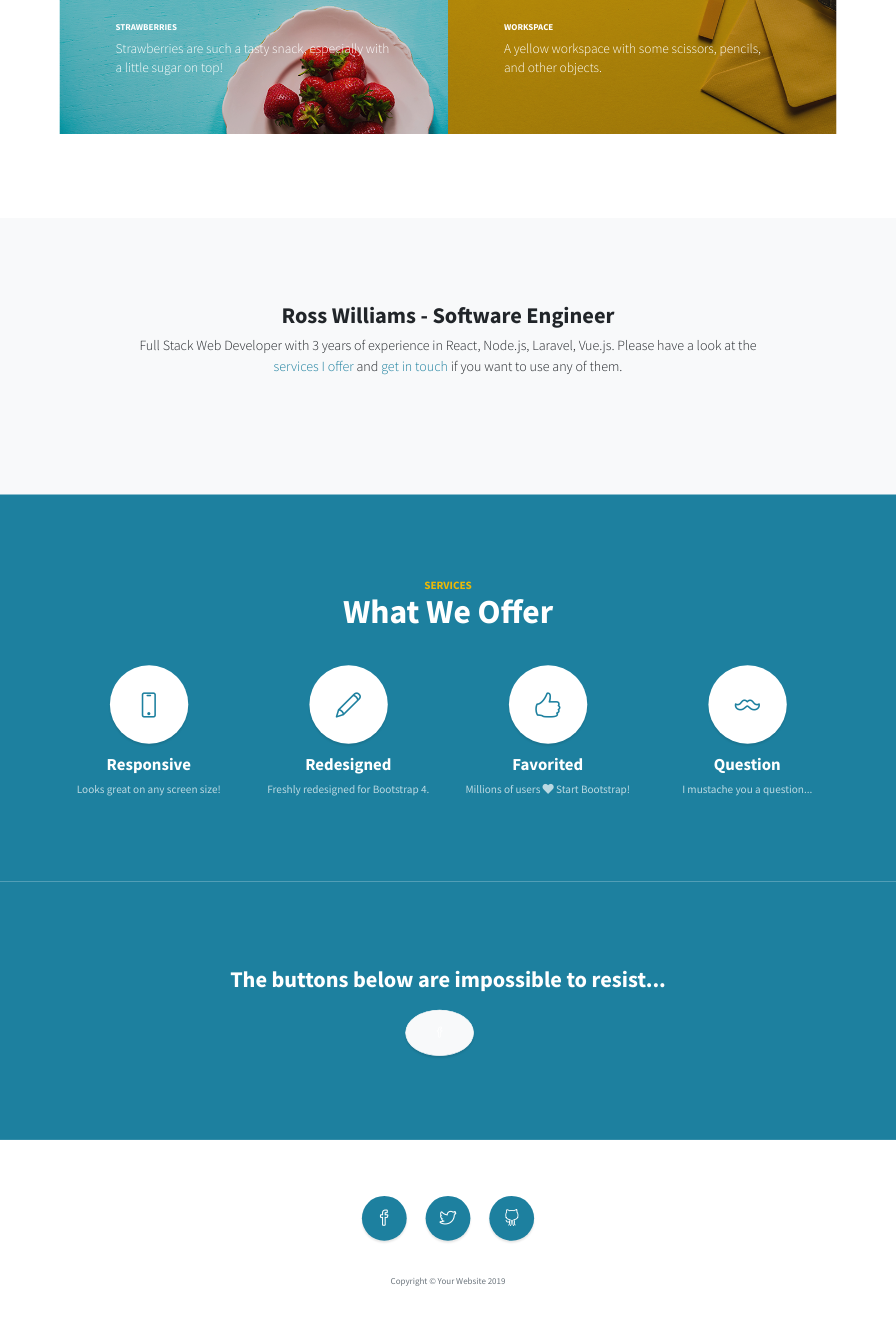
Repository: Williams94/Williams94.github.io
Page: index.html
An editor plug-in stored every save of this project. The page is shown before and after the next save, followed by the edit.
The browser window is 1280 px wide. The pictures show the part of the page from y = 1568 to 3488 px (the page is 3488 px tall), at 70% of full size.
A picture or video elsewhere on the page could not be fetched, so the positions and the page height are approximate.

Above is the page before, as saved 2019-07-06 13:47:02.

### index.html
<!DOCTYPE html>
<html lang="en">

<head>

  <meta charset="utf-8">
  <meta name="viewport" content="width=device-width, initial-scale=1, shrink-to-fit=no">
  <meta name="description" content="">
  <meta name="author" content="">

  <title>Stylish Portfolio - Start Bootstrap Template</title>

  <!-- Bootstrap Core CSS -->
  <link href="vendor/bootstrap/css/bootstrap.min.css" rel="stylesheet">

  <!-- Custom Fonts -->
  <link href="vendor/fontawesome-free/css/all.min.css" rel="stylesheet" type="text/css">
  <link href="https://fonts.googleapis.com/css?family=Source+Sans+Pro:300,400,700,300italic,400italic,700italic"
    rel="stylesheet" type="text/css">
  <link href="vendor/simple-line-icons/css/simple-line-icons.css" rel="stylesheet">

  <!-- Custom CSS -->
  <link href="css/stylish-portfolio.css" rel="stylesheet">
  <!-- <link href="css/new-age.min.css" rel="stylesheet"> -->

</head>

<body id="page-top">

  <!-- Navigation -->
  <nav class="navbar navbar-expand-lg navbar-light fixed-top" id="mainNav">
    <div class="container">
      <a class="navbar-brand js-scroll-trigger" href="#page-top">Ross Williams</a>
      <button class="navbar-toggler navbar-toggler-right" type="button" data-toggle="collapse"
        data-target="#navbarResponsive" aria-controls="navbarResponsive" aria-expanded="false"
        aria-label="Toggle navigation">
        Menu
        <i class="fas fa-bars"></i>
      </button>
      <div class="collapse navbar-collapse" id="navbarResponsive">
        <ul class="navbar-nav ml-auto">
          <li class="nav-item">
            <a class="nav-link js-scroll-trigger" href="#about">About</a>
          </li>
          <li class="nav-item">
            <a class="nav-link js-scroll-trigger" href="#portfolio">Portfolio</a>
          </li>
          <li class="nav-item">
            <a class="nav-link js-scroll-trigger" href="#services">Services</a>
          </li>
          <li class="nav-item">
            <a class="nav-link js-scroll-trigger" href="#contact">Contact</a>
          </li>
        </ul>
      </div>
    </div>
  </nav>

  <!-- Header -->
  <header class="masthead">
    <div class="container h-100">
      <div class="row h-100">
        <div class="col-lg-7 my-auto">
          <div class="header-content mx-auto">
            <h1 class="mb-5">Welcome, please take a look at my previous projects and the services I offer.</h1>
          </div>
        </div>
        <div class="col-lg-5 my-auto">
          <div class="device-container">
            <div class="device-mockup iphone6_plus portrait white">
              <div class="device">
                <div class="screen">
                  <!-- Demo image for screen mockup, you can put an image here, some HTML, an animation, video, or anything else! -->
                  <img src="img/demo-screen-1.jpg" class="img-fluid" alt="">
                </div>
                <div class="button">
                  <!-- You can hook the "home button" to some JavaScript events or just remove it -->
                </div>
              </div>
            </div>
          </div>
        </div>
      </div>
    </div>
  </header>

  <!-- Portfolio -->
  <section class="content-section" id="portfolio">
    <div class="container">
      <div class="content-section-heading text-center">
        <h3 class="text-secondary mb-0">Portfolio</h3>
        <h2 class="mb-5">Recent Projects</h2>
      </div>
      <div class="row no-gutters">
        <div class="col-lg-6">
          <a class="portfolio-item" href="#">
            <span class="caption">
              <span class="caption-content">
                <h2>Stationary</h2>
                <p class="mb-0">A yellow pencil with envelopes on a clean, blue backdrop!</p>
              </span>
            </span>
            <img class="img-fluid" src="img/portfolio-1.jpg" alt="">
          </a>
        </div>
        <div class="col-lg-6">
          <a class="portfolio-item" href="#">
            <span class="caption">
              <span class="caption-content">
                <h2>Ice Cream</h2>
                <p class="mb-0">A dark blue background with a colored pencil, a clip, and a tiny ice cream cone!</p>
              </span>
            </span>
            <img class="img-fluid" src="img/portfolio-2.jpg" alt="">
          </a>
        </div>
        <div class="col-lg-6">
          <a class="portfolio-item" href="#">
            <span class="caption">
              <span class="caption-content">
                <h2>Strawberries</h2>
                <p class="mb-0">Strawberries are such a tasty snack, especially with a little sugar on top!</p>
              </span>
            </span>
            <img class="img-fluid" src="img/portfolio-3.jpg" alt="">
          </a>
        </div>
        <div class="col-lg-6">
          <a class="portfolio-item" href="#">
            <span class="caption">
              <span class="caption-content">
                <h2>Workspace</h2>
                <p class="mb-0">A yellow workspace with some scissors, pencils, and other objects.</p>
              </span>
            </span>
            <img class="img-fluid" src="img/portfolio-4.jpg" alt="">
          </a>
        </div>
      </div>
    </div>
  </section>

  <!-- About -->
  <section class="content-section bg-light" id="about">
    <div class="container text-center">
      <div class="row">
        <div class="col-lg-10 mx-auto">
          <h2>Ross Williams - Software Engineer</h2>
          <p class="lead mb-5">Full Stack Web Developer with 3 years of experience in React, Node.js, Laravel, Vue.js.
            Please have a look at the <a href="#services">services I offer</a> and <a href="#contact">get in touch</a>
            if you want to use any of them.
          </p>
        </div>
      </div>
    </div>
  </section>

  <!-- Services -->
  <section class="content-section bg-primary text-white text-center" id="services">
    <div class="container">
      <div class="content-section-heading">
        <h3 class="text-secondary mb-0">Services</h3>
        <h2 class="mb-5">What We Offer</h2>
      </div>
      <div class="row">
        <div class="col-lg-3 col-md-6 mb-5 mb-lg-0">
          <span class="service-icon rounded-circle mx-auto mb-3">
            <i class="icon-screen-smartphone"></i>
          </span>
          <h4>
            <strong>Responsive</strong>
          </h4>
          <p class="text-faded mb-0">Looks great on any screen size!</p>
        </div>
        <div class="col-lg-3 col-md-6 mb-5 mb-lg-0">
          <span class="service-icon rounded-circle mx-auto mb-3">
            <i class="icon-pencil"></i>
          </span>
          <h4>
            <strong>Redesigned</strong>
          </h4>
          <p class="text-faded mb-0">Freshly redesigned for Bootstrap 4.</p>
        </div>
        <div class="col-lg-3 col-md-6 mb-5 mb-md-0">
          <span class="service-icon rounded-circle mx-auto mb-3">
            <i class="icon-like"></i>
          </span>
          <h4>
            <strong>Favorited</strong>
          </h4>
          <p class="text-faded mb-0">Millions of users
            <i class="fas fa-heart"></i>
            Start Bootstrap!</p>
        </div>
        <div class="col-lg-3 col-md-6">
          <span class="service-icon rounded-circle mx-auto mb-3">
            <i class="icon-mustache"></i>
          </span>
          <h4>
            <strong>Question</strong>
          </h4>
          <p class="text-faded mb-0">I mustache you a question...</p>
        </div>
      </div>
    </div>
  </section>

  <!-- Call to Action -->
  <section class="content-section bg-primary text-white">
    <div class="container text-center">
      <h2 class="mb-4">The buttons below are impossible to resist...</h2>
          <a class="social-link rounded-circle text-white btn btn-xl btn-light mr-4" href="#">
              <i class="icon-social-facebook"></i>
            </a>
    </div>
  </section>

  <!-- Map -->
  <!-- <section id="contact" class="map">
    <iframe width="100%" height="100%" frameborder="0" scrolling="no" marginheight="0" marginwidth="0"
      src="https://maps.google.com/maps?f=q&amp;source=s_q&amp;hl=en&amp;geocode=&amp;q=Twitter,+Inc.,+Market+Street,+San+Francisco,+CA&amp;aq=0&amp;oq=twitter&amp;sll=28.659344,-81.187888&amp;sspn=0.128789,0.264187&amp;ie=UTF8&amp;hq=Twitter,+Inc.,+Market+Street,+San+Francisco,+CA&amp;t=m&amp;z=15&amp;iwloc=A&amp;output=embed"></iframe>
    <br />
    <small>
      <a
        href="https://maps.google.com/maps?f=q&amp;source=embed&amp;hl=en&amp;geocode=&amp;q=Twitter,+Inc.,+Market+Street,+San+Francisco,+CA&amp;aq=0&amp;oq=twitter&amp;sll=28.659344,-81.187888&amp;sspn=0.128789,0.264187&amp;ie=UTF8&amp;hq=Twitter,+Inc.,+Market+Street,+San+Francisco,+CA&amp;t=m&amp;z=15&amp;iwloc=A"></a>
    </small>
  </section> -->

  <!-- Footer -->
  <footer class="footer text-center">
    <div class="container">
      <ul class="list-inline mb-5">
        <li class="list-inline-item">
          <a class="social-link rounded-circle text-white mr-3" href="#">
            <i class="icon-social-facebook"></i>
          </a>
        </li>
        <li class="list-inline-item">
          <a class="social-link rounded-circle text-white mr-3" href="#">
            <i class="icon-social-twitter"></i>
          </a>
        </li>
        <li class="list-inline-item">
          <a class="social-link rounded-circle text-white" href="#">
            <i class="icon-social-github"></i>
          </a>
        </li>
      </ul>
      <p class="text-muted small mb-0">Copyright &copy; Your Website 2019</p>
    </div>
  </footer>

  <!-- Scroll to Top Button-->
  <a class="scroll-to-top rounded js-scroll-trigger" href="#page-top">
    <i class="fas fa-angle-up"></i>
  </a>

  <!-- Bootstrap core JavaScript -->
  <script src="vendor/jquery/jquery.min.js"></script>
  <script src="vendor/bootstrap/js/bootstrap.bundle.min.js"></script>

  <!-- Plugin JavaScript -->
  <script src="vendor/jquery-easing/jquery.easing.min.js"></script>

  <!-- Custom scripts for this template -->
  <script src="js/stylish-portfolio.min.js"></script>

</body>

</html>

### css/stylish-portfolio.css
/*!
 * Start Bootstrap - Stylish Portfolio v5.0.6 (https://startbootstrap.com/template-overviews/stylish-portfolio)
 * Copyright 2013-2019 Start Bootstrap
 * Licensed under MIT (https://github.com/BlackrockDigital/startbootstrap-stylish-portfolio/blob/master/LICENSE)
 */

body,
html {
  width: 100%;
  height: 100%;
}

body {
  font-family: "Source Sans Pro";
}

.btn-xl {
  padding: 1.25rem 2.5rem;
}

.content-section {
  padding-top: 7.5rem;
  padding-bottom: 7.5rem;
}

.content-section-heading h2 {
  font-size: 3rem;
}

.content-section-heading h3 {
  font-size: 1rem;
  text-transform: uppercase;
}

h1,
h2,
h3,
h4,
h5,
h6 {
  font-weight: 700;
}

.text-faded {
  color: rgba(255, 255, 255, 0.7);
}

/* Map */
.map {
  height: 30rem;
}

@media (max-width: 992px) {
  .map {
    height: 75%;
  }
}

.map iframe {
  pointer-events: none;
}

.scroll-to-top {
  position: fixed;
  right: 15px;
  bottom: 15px;
  display: none;
  width: 50px;
  height: 50px;
  text-align: center;
  color: white;
  background: rgba(52, 58, 64, 0.5);
  line-height: 45px;
}

.scroll-to-top:focus,
.scroll-to-top:hover {
  color: white;
}

.scroll-to-top:hover {
  background: #343a40;
}

.scroll-to-top i {
  font-weight: 800;
}

.masthead {
  min-height: 30rem;
  position: relative;
  display: table;
  width: 100%;
  height: auto;
  padding-top: 8rem;
  padding-bottom: 8rem;
  background: -webkit-gradient(
      linear,
      left top,
      right top,
      from(rgba(255, 255, 255, 0.1)),
      to(rgba(255, 255, 255, 0.1))
    ),
    url("../img/bg-masthead.jpg");
  background: linear-gradient(
      90deg,
      rgba(255, 255, 255, 0.1) 0%,
      rgba(255, 255, 255, 0.1) 100%
    ),
    url("../img/bg-masthead.jpg");
  background-position: center center;
  background-repeat: no-repeat;
  background-size: cover;
}

.masthead h1 {
  font-size: 4rem;
  margin: 0;
  padding: 0;
}

@media (min-width: 992px) {
  .masthead {
    height: 100vh;
  }
  .masthead h1 {
    font-size: 5.5rem;
  }
}

/* Side Menu */
#sidebar-wrapper {
  position: fixed;
  z-index: 2;
  right: 0;
  width: 250px;
  height: 100%;
  -webkit-transition: all 0.4s ease 0s;
  transition: all 0.4s ease 0s;
  -webkit-transform: translateX(250px);
  transform: translateX(250px);
  background: #1d809f;
  border-left: 1px solid rgba(255, 255, 255, 0.1);
}

.sidebar-nav {
  position: absolute;
  top: 0;
  width: 250px;
  margin: 0;
  padding: 0;
  list-style: none;
}

.sidebar-nav li.sidebar-nav-item a {
  display: block;
  text-decoration: none;
  color: #fff;
  padding: 15px;
}

.sidebar-nav li a:hover {
  text-decoration: none;
  color: #fff;
  background: rgba(255, 255, 255, 0.2);
}

.sidebar-nav li a:active,
.sidebar-nav li a:focus {
  text-decoration: none;
}

.sidebar-nav > .sidebar-brand {
  font-size: 1.2rem;
  background: rgba(52, 58, 64, 0.1);
  height: 80px;
  line-height: 50px;
  padding-top: 15px;
  padding-bottom: 15px;
  padding-left: 15px;
}

.sidebar-nav > .sidebar-brand a {
  color: #fff;
}

.sidebar-nav > .sidebar-brand a:hover {
  color: #fff;
  background: none;
}

#sidebar-wrapper.active {
  right: 250px;
  width: 250px;
  -webkit-transition: all 0.4s ease 0s;
  transition: all 0.4s ease 0s;
}

.menu-toggle {
  position: fixed;
  right: 15px;
  top: 15px;
  width: 50px;
  height: 50px;
  text-align: center;
  color: #fff;
  background: rgba(52, 58, 64, 0.5);
  line-height: 50px;
  z-index: 999;
}

.menu-toggle:focus,
.menu-toggle:hover {
  color: #fff;
}

.menu-toggle:hover {
  background: #343a40;
}

.service-icon {
  background-color: #fff;
  color: #1d809f;
  height: 7rem;
  width: 7rem;
  display: block;
  line-height: 7.5rem;
  font-size: 2.25rem;
  -webkit-box-shadow: 0 3px 3px 0 rgba(0, 0, 0, 0.1);
  box-shadow: 0 3px 3px 0 rgba(0, 0, 0, 0.1);
}

.callout {
  padding: 15rem 0;
  background: -webkit-gradient(
      linear,
      left top,
      right top,
      from(rgba(255, 255, 255, 0.1)),
      to(rgba(255, 255, 255, 0.1))
    ),
    url("../img/bg-callout.jpg");
  background: linear-gradient(
      90deg,
      rgba(255, 255, 255, 0.1) 0%,
      rgba(255, 255, 255, 0.1) 100%
    ),
    url("../img/bg-callout.jpg");
  background-position: center center;
  background-repeat: no-repeat;
  background-size: cover;
}

.callout h2 {
  font-size: 3.5rem;
  font-weight: 700;
  display: block;
  max-width: 30rem;
}

.portfolio-item {
  display: block;
  position: relative;
  overflow: hidden;
  max-width: 530px;
  margin: auto auto 1rem;
}

.portfolio-item .caption {
  display: -webkit-box;
  display: -ms-flexbox;
  display: flex;
  height: 100%;
  width: 100%;
  background-color: rgba(33, 37, 41, 0.2);
  position: absolute;
  top: 0;
  bottom: 0;
  z-index: 1;
}

.portfolio-item .caption .caption-content {
  color: #fff;
  margin: auto 2rem 2rem;
}

.portfolio-item .caption .caption-content h2 {
  font-size: 0.8rem;
  text-transform: uppercase;
}

.portfolio-item .caption .caption-content p {
  font-weight: 300;
  font-size: 1.2rem;
}

@media (min-width: 992px) {
  .portfolio-item {
    max-width: none;
    margin: 0;
  }
  .portfolio-item .caption {
    -webkit-transition: -webkit-clip-path 0.25s ease-out, background-color 0.7s;
    -webkit-clip-path: inset(0px);
    clip-path: inset(0px);
  }
  .portfolio-item .caption .caption-content {
    -webkit-transition: opacity 0.25s;
    transition: opacity 0.25s;
    margin-left: 5rem;
    margin-right: 5rem;
    margin-bottom: 5rem;
  }
  .portfolio-item img {
    -webkit-transition: -webkit-clip-path 0.25s ease-out;
    -webkit-clip-path: inset(-1px);
    clip-path: inset(-1px);
  }
  .portfolio-item:hover img {
    -webkit-clip-path: inset(2rem);
    clip-path: inset(2rem);
  }
  .portfolio-item:hover .caption {
    background-color: rgba(29, 128, 159, 0.9);
    -webkit-clip-path: inset(2rem);
    clip-path: inset(2rem);
  }
}

footer.footer {
  padding-top: 5rem;
  padding-bottom: 5rem;
}

footer.footer .social-link {
  display: block;
  height: 4rem;
  width: 4rem;
  line-height: 4.3rem;
  font-size: 1.5rem;
  background-color: #1d809f;
  -webkit-transition: background-color 0.15s ease-in-out;
  transition: background-color 0.15s ease-in-out;
  -webkit-box-shadow: 0 3px 3px 0 rgba(0, 0, 0, 0.1);
  box-shadow: 0 3px 3px 0 rgba(0, 0, 0, 0.1);
}

footer.footer .social-link:hover {
  background-color: #155d74;
  text-decoration: none;
}

a {
  color: #1d809f;
}

a:hover,
a:focus,
a:active {
  color: #155d74;
}

.btn-primary {
  background-color: #1d809f !important;
  border-color: #1d809f !important;
  color: #fff !important;
}

.btn-primary:hover,
.btn-primary:focus,
.btn-primary:active {
  background-color: #155d74 !important;
  border-color: #155d74 !important;
}

.btn-secondary {
  background-color: #ecb807 !important;
  border-color: #ecb807 !important;
  color: #fff !important;
}

.btn-secondary:hover,
.btn-secondary:focus,
.btn-secondary:active {
  background-color: #ba9106 !important;
  border-color: #ba9106 !important;
}

.btn-dark {
  color: #fff !important;
}

.btn {
  -webkit-box-shadow: 0px 3px 3px 0px rgba(0, 0, 0, 0.1);
  box-shadow: 0px 3px 3px 0px rgba(0, 0, 0, 0.1);
  font-weight: 700;
}

.bg-primary {
  background-color: #1d809f !important;
}

.text-primary {
  color: #1d809f !important;
}

.text-secondary {
  color: #ecb807 !important;
}

#mainNav {
  border-color: rgba(34, 34, 34, 0.05);
  background-color: white;
  -webkit-transition: all 0.35s;
  transition: all 0.35s;
  font-family: "Catamaran", "Helvetica", "Arial", "sans-serif";
  font-weight: 200;
  letter-spacing: 1px;
}

#mainNav .navbar-brand {
  color: #fdcc52;
  font-family: "Catamaran", "Helvetica", "Arial", "sans-serif";
  font-weight: 200;
  letter-spacing: 1px;
}

#mainNav .navbar-brand:hover,
#mainNav .navbar-brand:focus {
  color: #fcbd20;
}

#mainNav .navbar-toggler {
  font-size: 12px;
  padding: 8px 10px;
  color: #222222;
}

#mainNav .navbar-nav > li > a {
  font-size: 11px;
  font-family: "Lato", "Helvetica", "Arial", "sans-serif";
  letter-spacing: 2px;
  text-transform: uppercase;
}

#mainNav .navbar-nav > li > a.active {
  color: #fdcc52 !important;
  background-color: transparent;
}

#mainNav .navbar-nav > li > a.active:hover {
  background-color: transparent;
}

#mainNav .navbar-nav > li > a,
#mainNav .navbar-nav > li > a:focus {
  color: #222222;
}

#mainNav .navbar-nav > li > a:hover,
#mainNav .navbar-nav > li > a:focus:hover {
  color: #fdcc52;
}

@media (min-width: 992px) {
  #mainNav {
    border-color: transparent;
    background-color: transparent;
  }
  #mainNav .navbar-brand {
    color: fade(white, 70%);
  }
  #mainNav .navbar-brand:hover,
  #mainNav .navbar-brand:focus {
    color: white;
  }
  #mainNav .navbar-nav > li > a,
  #mainNav .navbar-nav > li > a:focus {
    color: rgba(255, 255, 255, 0.7);
  }
  #mainNav .navbar-nav > li > a:hover,
  #mainNav .navbar-nav > li > a:focus:hover {
    color: white;
  }
  #mainNav.navbar-shrink {
    border-color: rgba(34, 34, 34, 0.1);
    background-color: white;
  }
  #mainNav.navbar-shrink .navbar-brand {
    color: #222222;
  }
  #mainNav.navbar-shrink .navbar-brand:hover,
  #mainNav.navbar-shrink .navbar-brand:focus {
    color: #fdcc52;
  }
  #mainNav.navbar-shrink .navbar-nav > li > a,
  #mainNav.navbar-shrink .navbar-nav > li > a:focus {
    color: #222222;
  }
  #mainNav.navbar-shrink .navbar-nav > li > a:hover,
  #mainNav.navbar-shrink .navbar-nav > li > a:focus:hover {
    color: #fdcc52;
  }
}


header.masthead {
  position: relative;
  width: 100%;
  padding-top: 150px;
  padding-bottom: 100px;
  color: white;
  background: url("../img/bg-pattern.png"), #7b4397;
  background: url("../img/bg-pattern.png"), -webkit-gradient(linear, right top, left top, from(#7b4397), to(#dc2430));
  background: url("../img/bg-pattern.png"), linear-gradient(to left, #7b4397, #dc2430);
}

header.masthead .header-content {
  max-width: 500px;
  margin-bottom: 100px;
  text-align: center;
}

header.masthead .header-content h1 {
  font-size: 30px;
}

header.masthead .device-container {
  max-width: 325px;
  margin-right: auto;
  margin-left: auto;
}

header.masthead .device-container .screen img {
  border-radius: 3px;
}

@media (min-width: 992px) {
  header.masthead {
    height: 100vh;
    min-height: 775px;
    padding-top: 0;
    padding-bottom: 0;
  }
  header.masthead .header-content {
    margin-bottom: 0;
    text-align: left;
  }
  header.masthead .header-content h1 {
    font-size: 50px;
  }
  header.masthead .device-container {
    max-width: 325px;
  }
}

Loaded but not shown: vendor/bootstrap/css/bootstrap.min.css (library); vendor/fontawesome-free/css/all.min.css (library); vendor/simple-line-icons/css/simple-line-icons.css (library); vendor/jquery/jquery.min.js (library); vendor/bootstrap/js/bootstrap.bundle.min.js (library); vendor/jquery-easing/jquery.easing.min.js (common file); js/stylish-portfolio.min.js (common file)

After the next save:
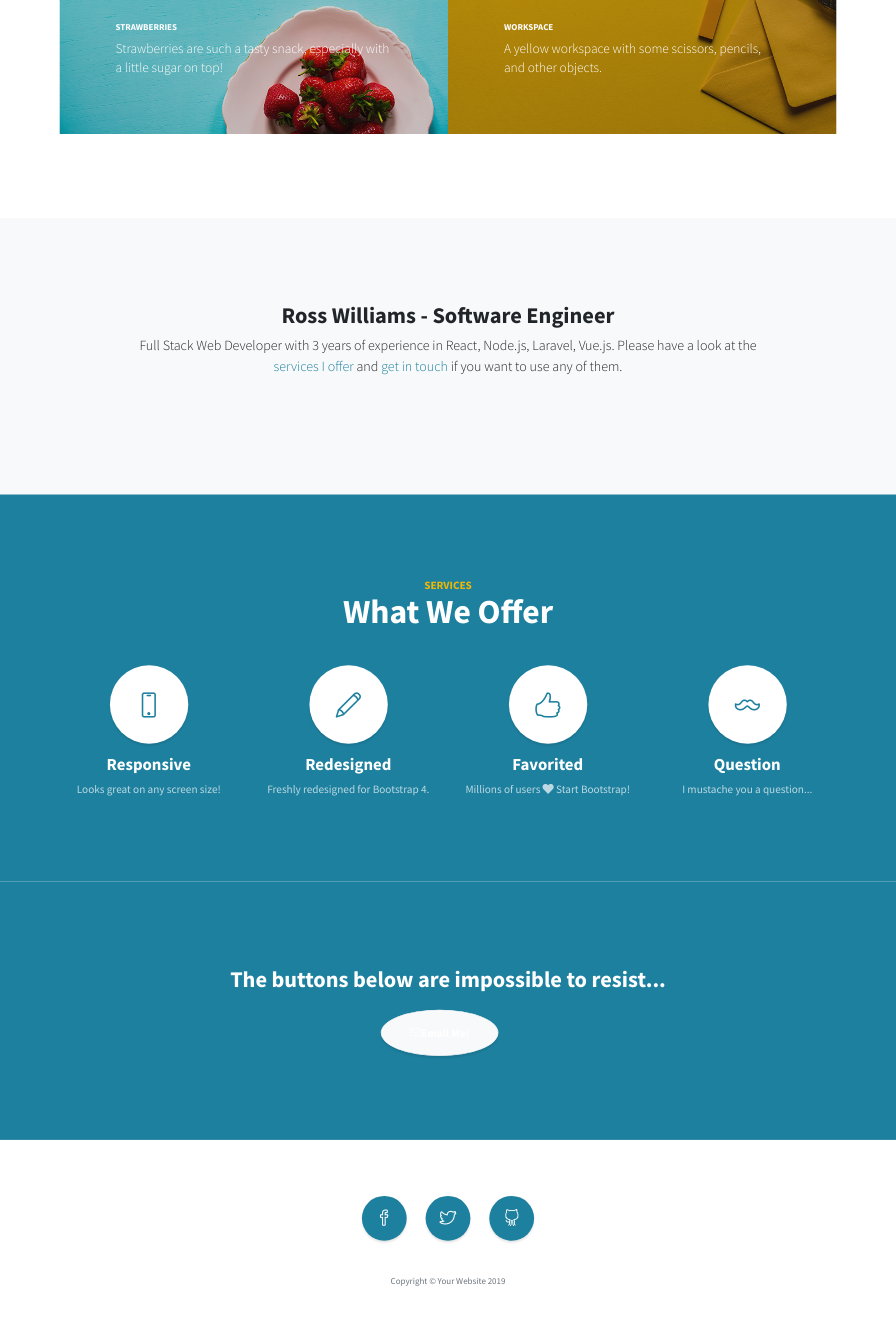
Saved 20 s later.
--- a/index.html
+++ b/index.html
@@ -209,9 +209,8 @@
   <section class="content-section bg-primary text-white">
     <div class="container text-center">
       <h2 class="mb-4">The buttons below are impossible to resist...</h2>
-          <a class="social-link rounded-circle text-white btn btn-xl btn-light mr-4" href="#">
-              <i class="icon-social-facebook"></i>
-            </a>
+      <a href="#" class="social-link rounded-circle text-white btn btn-xl btn-light mr-4">
+          <i class="icon-envelope"></i>Email Me!</a>
     </div>
   </section>
 
